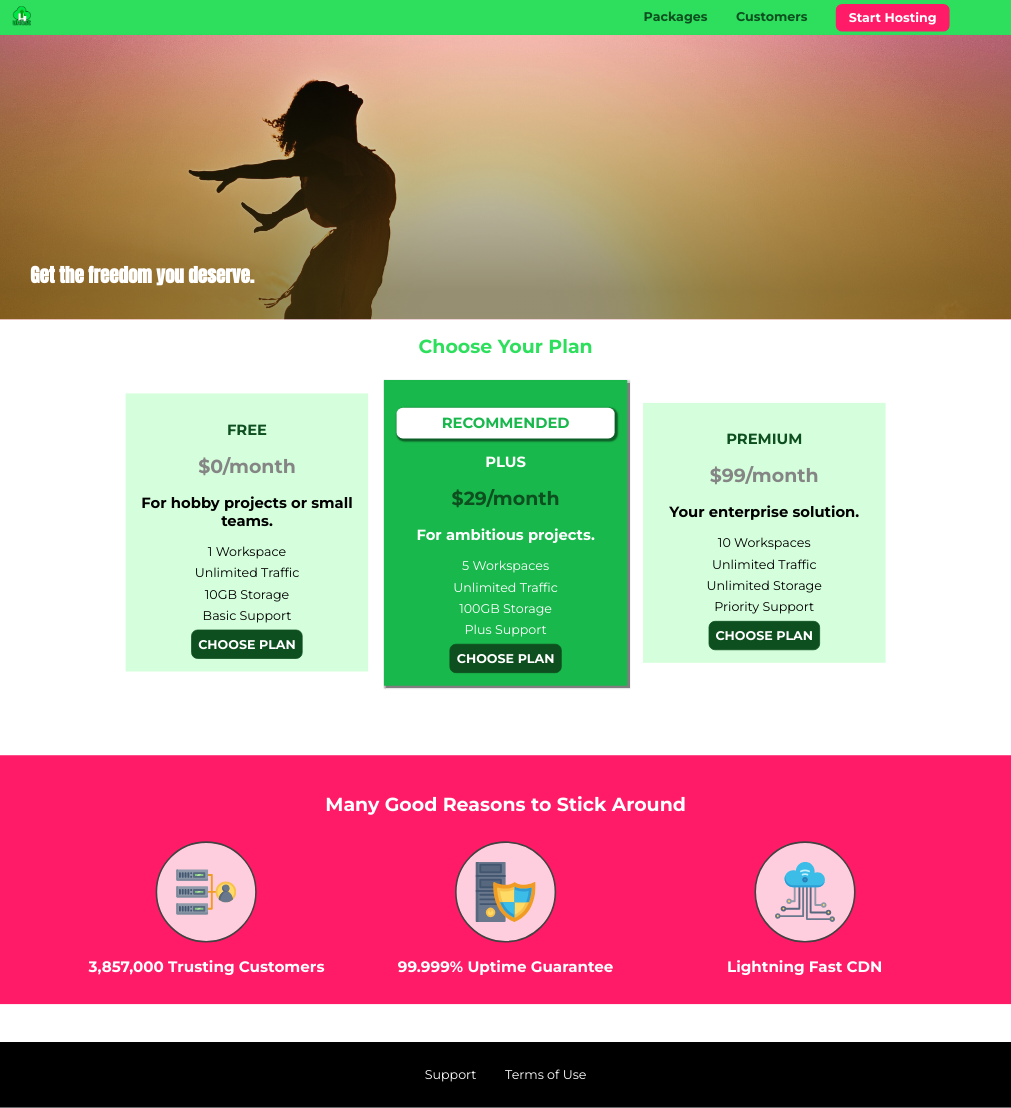
Repository: Nowacki97PL/UdemyCSS
Page: index.html
An editor plug-in stored every save of this project. The page is shown before and after the next save, followed by the edit.
The browser window is 1280 px wide. The pictures show the whole page, at 79% of full size.

Above is the page before, as saved 2023-11-19 15:16:19.

After the next save:
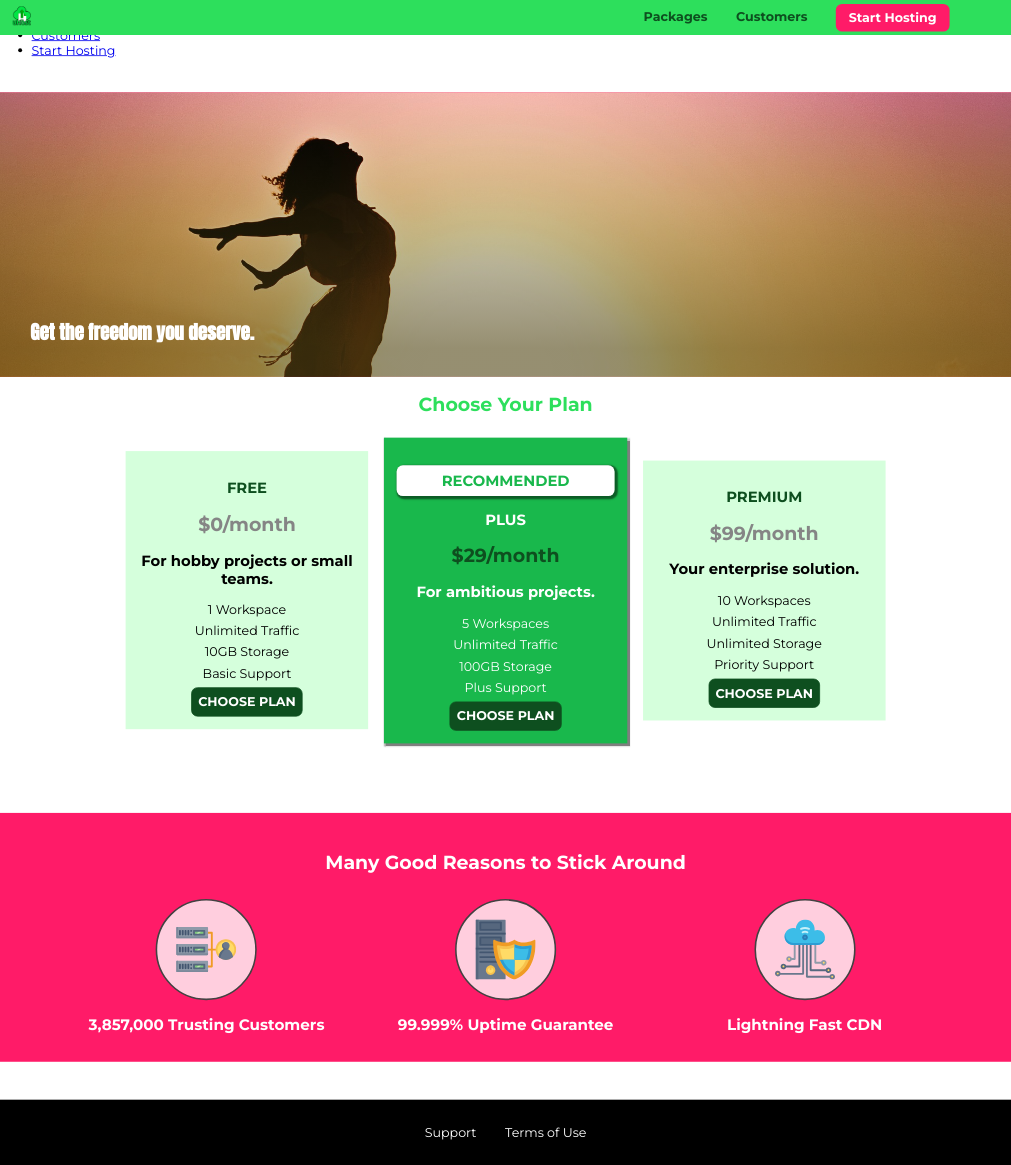
Saved 5 min 9 s later.
--- a/index.html
+++ b/index.html
@@ -41,6 +41,19 @@
             </ul>
         </nav>
     </header>
+    <nav class="mobile-nav">
+        <ul class="mobile-nav__items">
+            <li class="mobile-nav__item">
+                <a href="packages/index.html">Packages</a>
+            </li>
+            <li class="mobile-nav__item">
+                <a href="customers/index.html">Customers</a>
+            </li>
+            <li class="mobile-nav__item mobile-nav__item--cta">
+                <a href="start-hosting/index.html">Start Hosting</a>
+            </li>
+        </ul>
+    </nav>
     <main>
         <section id="product-overview">
             <h1>Get the freedom you deserve.</h1>
